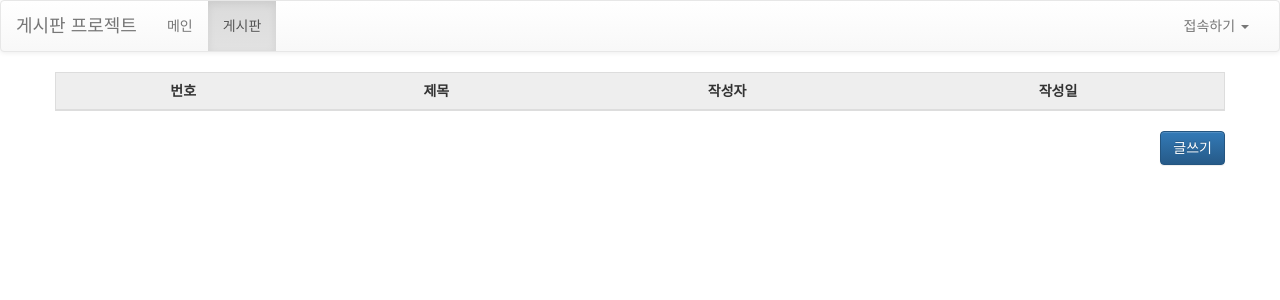
Repository: Seok7975/JSP-Education
Page: http://localhost/BBS/bbs.jsp
The author's editor kept a copy of each file at every save. The page is drawn from the files as they stood at one save, then again after the next save.
The browser window is 1280 px wide. The pictures show the whole page.
Some web libraries are served in a nearby version. The page is served by Tomcat 9. Queries for data that is not in the repository find no rows.

Above is the page before, as saved 2024-06-10 07:36:25.

After the next save:
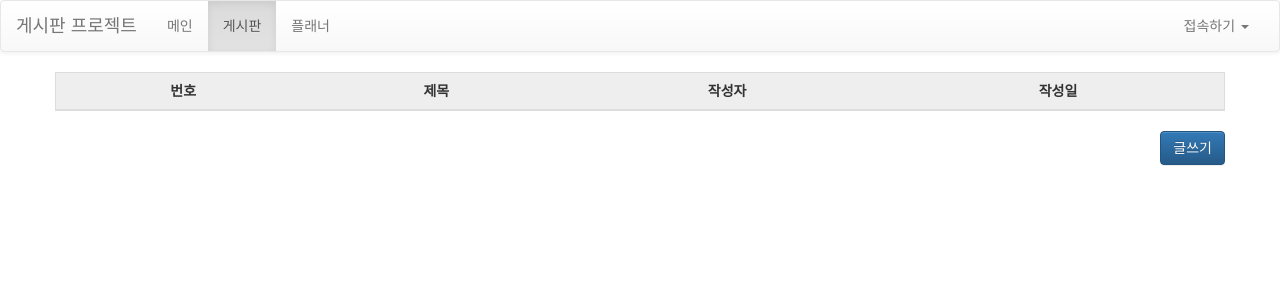
Saved 39 s later.
--- a/List_Projects/BBS/src/main/webapp/bbs.jsp
+++ b/List_Projects/BBS/src/main/webapp/bbs.jsp
@@ -52,6 +52,7 @@
 				<ul class="nav navbar-nav">
 					<li><a href="main.jsp">메인</a></li>
 					<li class="active"><a href="bbs.jsp">게시판</a></li>
+					<li><a href="planner.jsp">플래너</a></li>
 				</ul>
 				<%
 					if(userID == null) {
